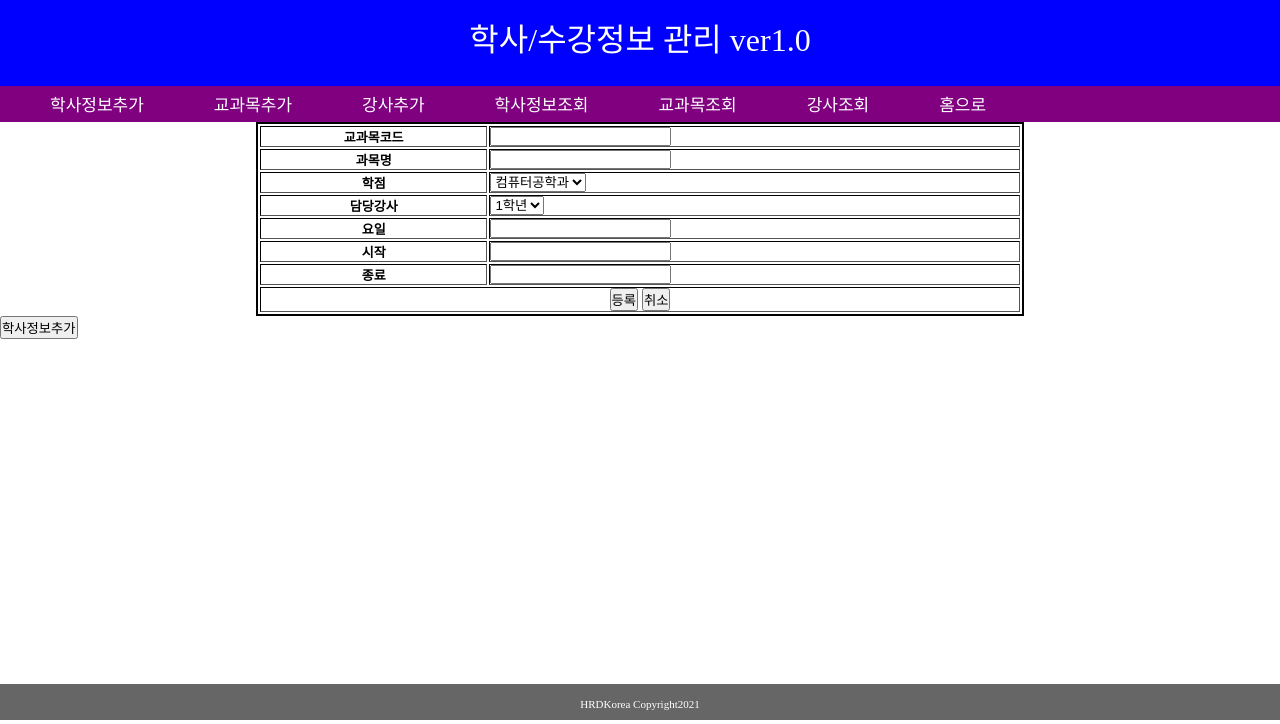
Repository: cccf777/-
Page: http://localhost/hrd0422/junhbo/subUpdate.jsp
The author's editor kept a copy of each file at every save. The page is drawn from the files as they stood at one save, then again after the next save.
The browser window is 1280 px wide. The pictures show the whole page.
The page is served by Tomcat 9. Other server files are loaded and not shown.

Above is the page before, as saved 2021-04-22 06:02:53.

### workspace/hrd0422/src/main/webapp/junhbo/subUpdate.jsp
<%@ page language="java" contentType="text/html; charset=UTF-8"
    pageEncoding="UTF-8"%>
<!DOCTYPE html>
<html>
<head>
<meta charset="UTF-8">
<title>Insert title here</title>
<script>
function check(){
	if(document.form.studno.value==""){
		alert("학번이 입력되지 않음");
		document.form.studno.focus();
	}else if(document.form.name.value==""){
		alert("이름이 입력되지 않음");
		document.form.name.focus();
	}else{
		document.form.submit();
	}
}

</script>
</head>
<body>

<%@ include file="header.jsp" %>
<%@ include file="nav.jsp" %>
<section>
<form name="form" method="post" action="hakInsertProcess.jsp">
<table border="1" id="table1">
	<tr>
		<th width="30%">교과목코드</th>
		<td><input type="text" name="id" id="in1" <%-- value="<%=no %>" --%>></td>
	</tr>
	<tr>
		<th width="30%">과목명</th>
		<td><input type="text" name="subject_name" id="in1"></td>
	</tr>
	<tr>
		<th width="30%">학점</th>
		<td>
		<select name="credit" id="in1">
		<option value="1" selected>컴퓨터공학과</option>
		<option value="2">경영학과</option>
		<option value="3">경제학과</option>
		</select>
		</td>
	</tr>
	<tr>
		<th width="30%">담당강사</th>
		<td>
		<select name="lecturer" id="in1">
		<option value="1" selected>1학년</option>
		<option value="2">2학년</option>
		<option value="3">3학년</option>
		</select>
		</td>
	</tr>
	<tr>
		<th width="30%">요일</th>
		<td><input type="text" name="week"  id="in1"></td>
	</tr>
	<tr>
		<th width="30%">시작</th>
		<td><input type="text" name="start_hour"  id="in1"></td>
	</tr>
	<tr>
		<th width="30%">종료</th>
		<td><input type="text" name="end_hour"  id="in1"></td>
	</tr>
	<tr>
		<td colspan=2 class="center">
		<input type="button" value="등록" onclick="javascript:check()">
		<input type="reset" value="취소">
		</td>
	</tr>
</table>
</form>
<input type="button" value="학사정보추가" >
</section>
<%@ include file="footer.jsp" %>
</body>
</html>

### workspace/hrd0422/src/main/webapp/junhbo/header.jsp
<%@ page language="java" contentType="text/html; charset=UTF-8"
    pageEncoding="UTF-8"%>
<!DOCTYPE html>
<html>
<head>
<meta charset="UTF-8">
<title>Insert title here</title>
<link rel="stylesheet" href="common.css">
</head>
<body>
<header>학사/수강정보 관리 ver1.0

</header>
</body>
</html>

### workspace/hrd0422/src/main/webapp/junhbo/nav.jsp
<%@ page language="java" contentType="text/html; charset=UTF-8"
    pageEncoding="UTF-8"%>
<!DOCTYPE html>
<html>
<head>
<meta charset="UTF-8">
<title>Insert title here</title>
<link rel="stylesheet" href="common.css">
</head>
<body>
<nav>
	<ul>
		<li><a href="hakInsert.jsp">학사정보추가</a></li>
		<li><a href="subinsert.jsp">교과목추가</a></li>
		<li><a href="teacherInsert.jsp">강사추가</a></li>
		<li><a href="studentSelect.jsp">학사정보조회</a></li>
		<li><a href="subSelect.jsp">교과목조회</a></li>
		<li><a href="teacherSelect.jsp">강사조회</a></li>
		<li><a href="index.jsp">홈으로</a></li>
	</ul>
</nav>
</body>
</html>

### workspace/hrd0422/src/main/webapp/junhbo/footer.jsp
<%@ page language="java" contentType="text/html; charset=UTF-8"
    pageEncoding="UTF-8"%>
<!DOCTYPE html>
<html>
<head>
<meta charset="UTF-8">
<title>Insert title here</title>
<link rel="stylesheet" href="common.css">
</head>
<body>
<footer>
HRDKorea Copyright2021
</footer>
</body>
</html>

### workspace/hrd0422/src/main/webapp/junhbo/common.css
@charset "UTF-8";
header{
	height:12%;
	background:#0000ff;
	color:#ffffff;
	text-align:center;
	line-height:80px;
	font-size:2em;
}

footer{
	height:5%;
	background:#666;
	color:#fff;
	text-align:center;
	line-height:40px;
	font-size:11px;
}
nav{
	height:5%;
	line-height:40px;
	background:purple;
	text-align:left;
}
nav ul{
	display:inline-block;
	list-style-type:none;
}
nav li{
	float:left;
	margin: 0 0 0 30px;
}
nav a{
	display:block;
	color:#ffffff;
	font-size:17px;
	text-decoration:none;
	padding:0 20px;
}

section{
	height:78%;
	width:100%;
	margin:0 auto;
	font-size:13px;
}
*{
	margin:0;
	padding:0;
}
html,body{
	height:100%;
	width:100%;
}

section table{
	width:70%;
	height:50%;
	margin:0 auto;
	border:2px solid black;
}
#table1{
	width:60%;
	height:50%;
	margin:0 auto;
	border:2px solid black;
}
#h3{
	text-align:center;
	padding:0.5% 0;
}
.center{
	text-align: center;
	font-size:1.2em;
}
#id1{
	height:30px;
	width:60%;
}
#t1{
	margin-left:25%;
}

After the next save:
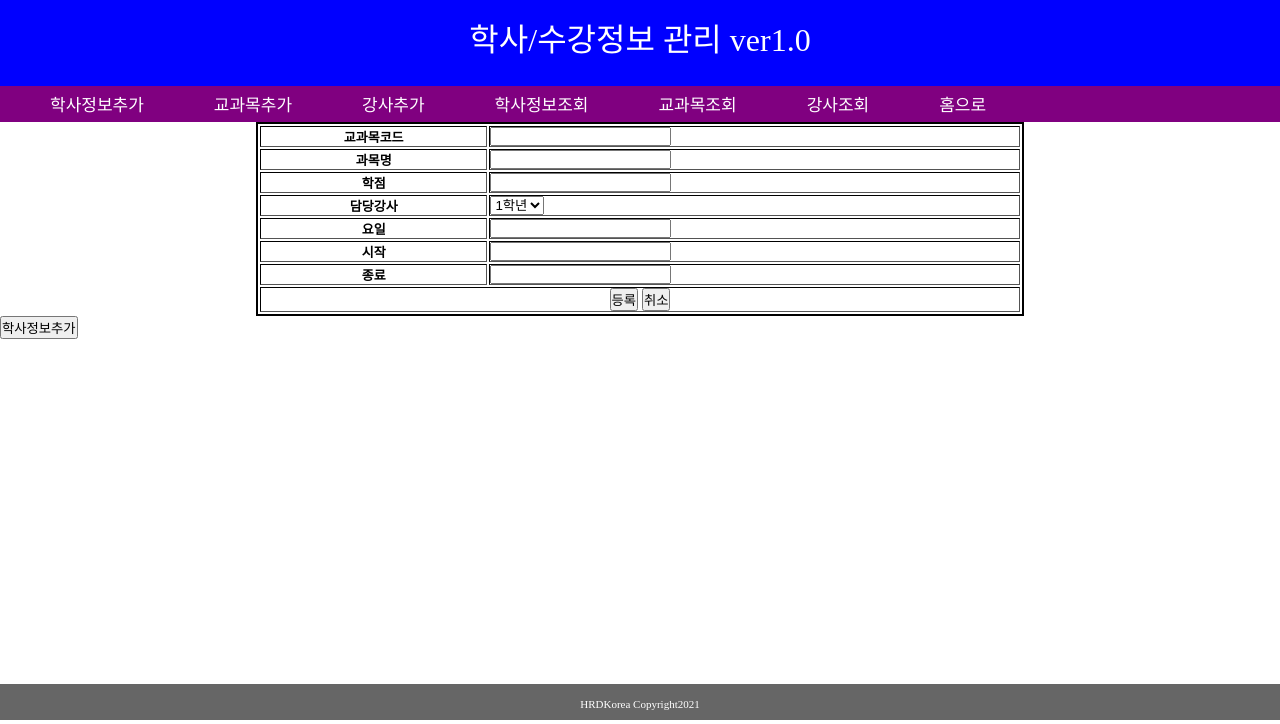
Saved 44 s later.
--- a/workspace/hrd0422/src/main/webapp/junhbo/subUpdate.jsp
+++ b/workspace/hrd0422/src/main/webapp/junhbo/subUpdate.jsp
@@ -38,12 +38,7 @@ function check(){
 	<tr>
 		<th width="30%">학점</th>
 		<td>
-		<select name="credit" id="in1">
-		<option value="1" selected>컴퓨터공학과</option>
-		<option value="2">경영학과</option>
-		<option value="3">경제학과</option>
-		</select>
-		</td>
+		<input type="text" name="credit" id="in1"></td>
 	</tr>
 	<tr>
 		<th width="30%">담당강사</th>
